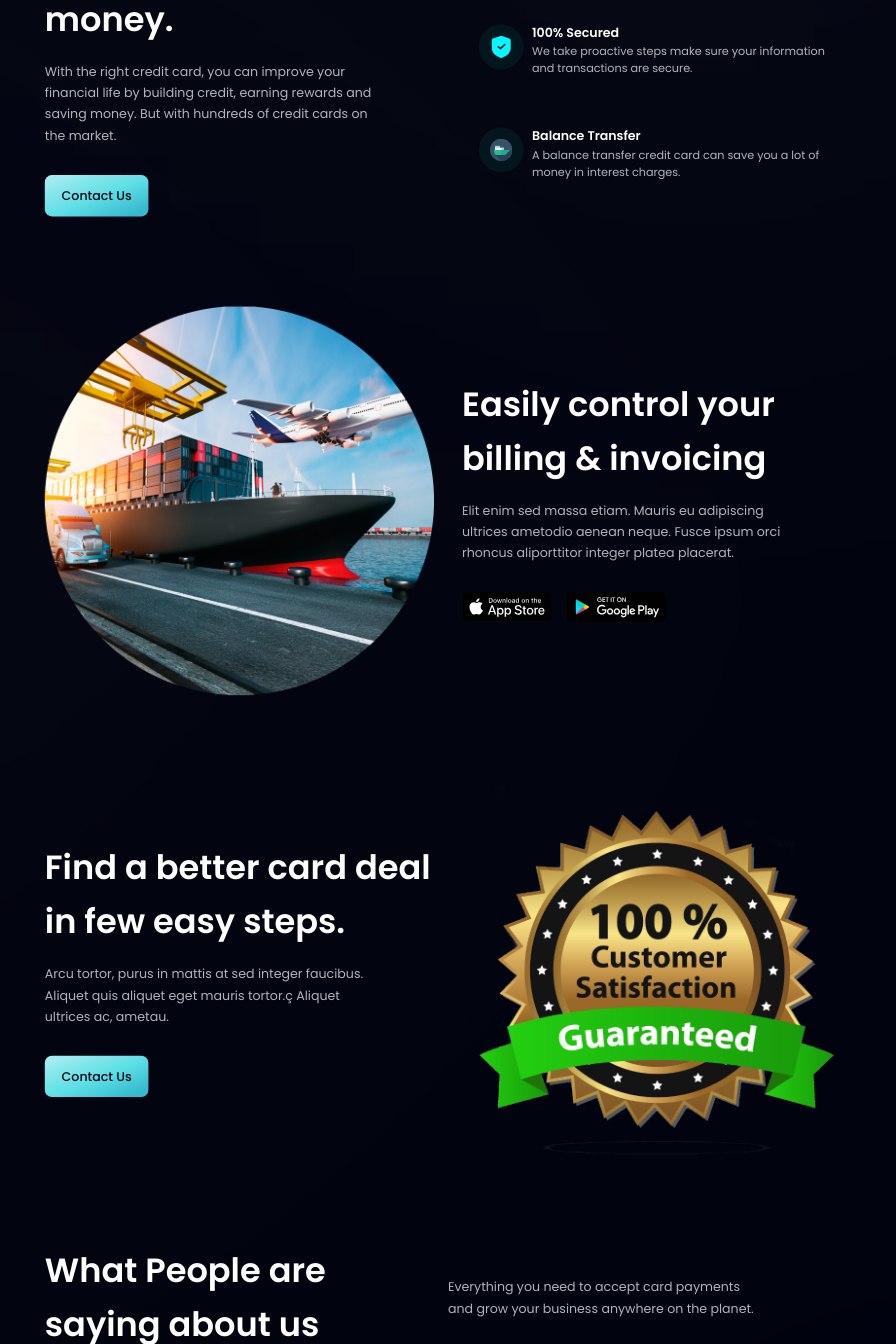
Repository: Miracleoluebube/captionlogistics
Page: /
These files come from the project's save history. The page is drawn as it stood at one moment and after a run of saves; the edit follows.
The browser window is 1280 px wide. The pictures show the part of the page from y = 1463 to 3383 px (the page is 5317 px tall), at 70% of full size.
The project was rebuilt for these pictures with package versions that can differ from the ones it lists, and the page was loaded fresh each time. Also part of the build but not shown: vite.config.js.

Above is the page before, as saved 2022-10-01 07:52:52.

After the next 3 saves:
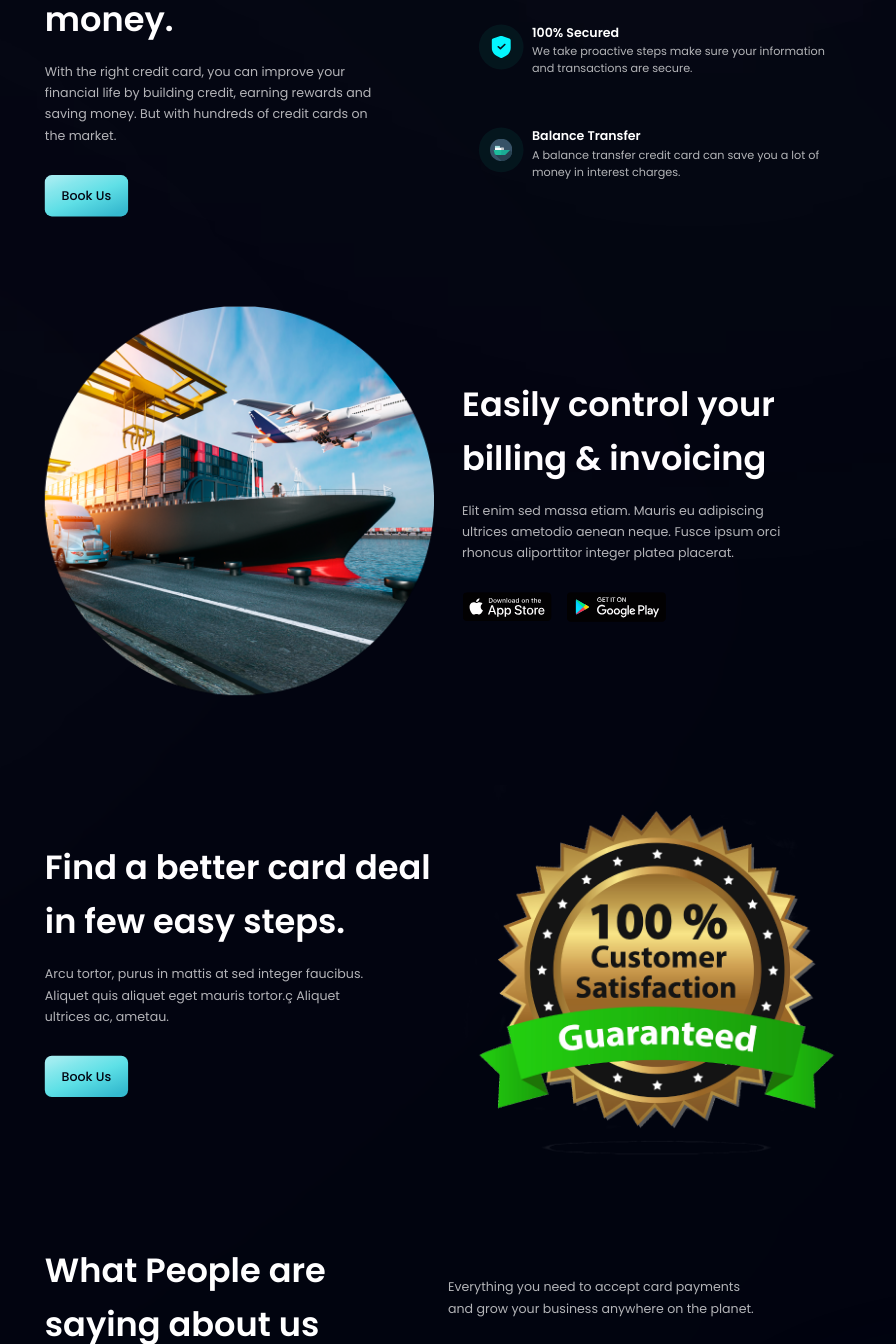
The 3 saves are shown as one change because they came seconds apart.
The last was saved 41 s later.
--- a/src/components/Button.jsx
+++ b/src/components/Button.jsx
@@ -2,7 +2,7 @@
 
 const Button = ({ styles }) => (
   <button type="button" className={`py-4 px-6 font-poppins font-medium text-[18px] text-primary bg-blue-gradient rounded-[10px] outline-none ${styles}`}>
-    Contact Us
+    Book Us
   </button>
 );
 
